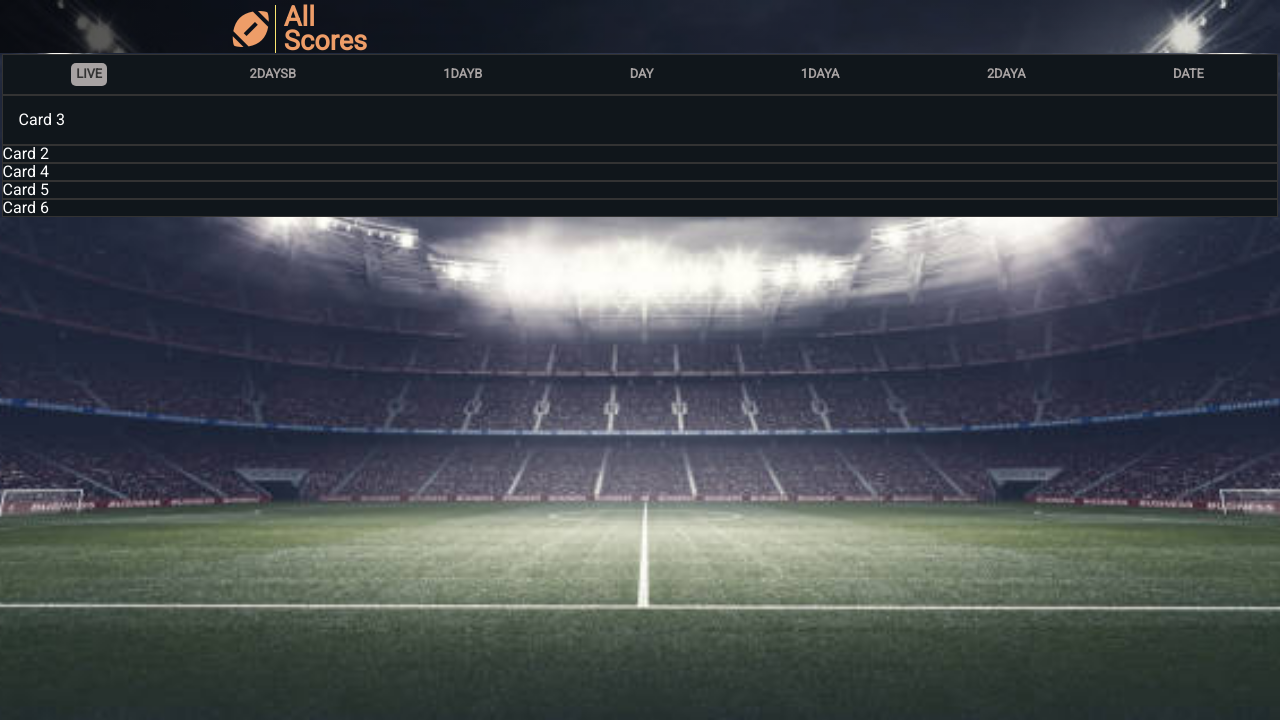
Repository: boomshakar/AllScores
Page: index.html
These files come from the project's save history. The page is drawn as it stood at one moment and after the next save; the edit follows.
The browser window is 1280 px wide. The pictures show the whole page.
The style sheet was rebuilt from its Sass, Less or Tailwind sources for each picture, by a compiler version that may differ from the author's.

Above is the page before, as saved 2021-03-30 02:59:55.

### index.html
<!DOCTYPE html>
<html lang="en">
  <head>
    <meta charset="UTF-8" />
    <meta http-equiv="X-UA-Compatible" content="IE=edge" />
    <meta name="viewport" content="width=device-width, initial-scale=1.0" />
    <title>All Scores</title>
    <link rel="stylesheet" href="css/main.css" />
    <link
      rel="stylesheet"
      href="https://fonts.googleapis.com/icon?family=Material+Icons"
    />
  </head>
  <body>
    <header>
      <a href="index.html" class="head-name__logo">
        <span class="material-icons md-48">sports_football</span>
        <h1>All<br />Scores</h1>
      </a>
      <ul class="head-name">
        <a href="index.html"
          ><li class="head-name__mob active">
            <span class="material-icons md-36">sports_soccer</span>
            <h3>Soccer</h3>
          </li></a
        >
        <a href="#"
          ><li class="head-name__mob">
            <span class="material-icons md-36">sports_basketball</span>
            <h3>Basket</h3>
          </li></a
        >
        <a href="#"
          ><li class="head-name__mob">
            <span class="material-icons md-36">golf_course</span>
            <h3>Golf</h3>
          </li></a
        >
        <a href="#"
          ><li class="head-name__mob">
            <span class="material-icons md-36">sports_tennis</span>
            <h3>Tennis</h3>
          </li></a
        >
      </ul>
      <div class="menu-btn">
        <span class="menu-btn__burger"></span>
      </div>
      <nav class="nav">
        <ul class="menu-nav">
          <div class="menu-nav__time">
            Lorem ipsum, dolor sit amet consectetur adipisicing elit. Qui
            quidem, dignissimos asperiores totam nesciunt laborum at consectetur
            nam temporibus ea.
          </div>
          <li class="menu-nav__item active">
            <a href="index.html" class="menu-nav__link">Soccer</a>
          </li>
          <li class="menu-nav__item">
            <a href="#" class="menu-nav__link">Basketball</a>
          </li>
          <li class="menu-nav__item">
            <a href="#" class="menu-nav__link">Tennis</a>
          </li>
          <li class="menu-nav__item">
            <a href="#" class="menu-nav__link">Hockey</a>
          </li>
          <li class="menu-nav__item">
            <a href="#" class="menu-nav__link">Golf</a>
          </li>
          <li class="menu-nav__item">
            <a href="#" class="menu-nav__link">Basketball</a>
          </li>
          <li class="menu-nav__item">
            <a href="#" class="menu-nav__link">Tennis</a>
          </li>
          <li class="menu-nav__item">
            <a href="#" class="menu-nav__link">Hockey</a>
          </li>
          <li class="menu-nav__item">
            <a href="#" class="menu-nav__link">Golf</a>
          </li>
          <li class="menu-nav__item">
            <a href="#" class="menu-nav__link">Basketball</a>
          </li>
          <li class="menu-nav__item">
            <a href="#" class="menu-nav__link">Tennis</a>
          </li>
          <li class="menu-nav__item">
            <a href="#" class="menu-nav__link">Hockey</a>
          </li>
          <li class="menu-nav__item">
            <a href="#" class="menu-nav__link">Golf</a>
          </li>
          <div class="menu-nav__foot">
            Lorem ipsum dolor sit amet consectetur adipisicing elit. Quisquam
            quod neque provident ex cumque adipisci, iusto, tempora quibusdam
            maxime, magni autem perferendis? Quibusdam, tenetur. Laudantium,
            velit reiciendis deleniti perferendis nesciunt vitae dolores itaque
            aut voluptas dolor veritatis. Optio ducimus consectetur nisi sequi,
            nesciunt id quis mollitia, laborum voluptates necessitatibus modi.
          </div>
        </ul>
      </nav>
    </header>
    <div class="grid-contain">
      <span class="card">
        <div class="date-select">
          <a href="#" class="date-select__link active"
            ><div class="date-select__match live-logo">
              <strong>live</strong>
            </div></a
          >
          <a href="#" class="date-select__link"
            ><div class="date-select__match">2daysB</div></a
          >
          <a href="#" class="date-select__link"
            ><div class="date-select__match">1dayB</div></a
          >
          <a href="#" class="date-select__link"
            ><div class="date-select__match">Day</div></a
          >
          <a href="#" class="date-select__link"
            ><div class="date-select__match">1dayA</div></a
          >
          <a href="#" class="date-select__link"
            ><div class="date-select__match">2dayA</div></a
          >
          <a href="#" class="date-select__link"
            ><div class="date-select__match">Date</div></a
          >
        </div>
      </span>
      <div class="card">Card 2</div>
      <div class="card">Card 3</div>
      <div class="card">Card 4</div>
      <div class="card">Card 5</div>
      <div class="card">Card 6</div>
    </div>
  </body>
  <script src="main.js"></script>
</html>

### main.js
const menuBtn = document.querySelector(".menu-btn");
const menuBurger = document.querySelector(".menu-btn__burger");
const nav = document.querySelector(".nav");
const headName = document.querySelector(".head-name");
const menuNav = document.querySelector(".menu-nav");
const menuNavList = document.querySelectorAll(".menu-nav__item");

let menuOpen = false;

menuBtn.addEventListener("click", toggleMenu);

function toggleMenu() {
  if (!menuOpen) {
    menuBurger.classList.add("open");
    nav.classList.add("open");
    headName.classList.add("open");
    menuNav.classList.add("open");
    menuNavList.forEach((item) => item.classList.add("open"));

    menuOpen = true;
  } else {
    menuBurger.classList.remove("open");
    nav.classList.remove("open");
    headName.classList.remove("open");
    menuNav.classList.remove("open");
    menuNavList.forEach((item) => item.classList.remove("open"));

    menuOpen = false;
  }
}

### scss/main.scss
@import "config";
@import "menu";
@import "home";
@import "responsive";

body {
  position: relative;
  background: $primary-color;
  color: $text-color;
  height: 100vh;
  font-family: "Roboto", "Segoe UI", Tahoma, Verdana, sans-serif;
  line-height: 1;
  background: url(../img/stadium3.jpg);
  background-size: cover;
  background-repeat: no-repeat;
  background-position: center;
  background-attachment: fixed;
}

header {
  display: flex;
  z-index: 2;
  background: linear-gradient(to right, rgba(#000, 0.7), rgba(#000, 0.1)),
    url(../img/head.jpg);
  background-size: cover;
  background-repeat: no-repeat;
  position: fixed;
  width: 100vw;
  padding-top: 0.3rem;

  a {
    color: $secondary-color;
  }
}

### scss/_config.scss
$primary-color: #24303a;
$secondary-color: #ee9d68;
$text-color: #fae56f;
$text-color2: rgb(167, 162, 162);

* {
  box-sizing: border-box;
  margin: 0;
  padding: 0;
  outline: 0;
  list-style: none;
}
a {
  text-decoration: none;
}

@import url("https://fonts.googleapis.com/css2?family=Roboto&display=swap");

@mixin transition-mix {
  transition: all 0.5s ease-in-out;
}

@mixin media-xxsm {
  @media screen and (max-width: 313px) {
    @content;
    ul.head-name {
      visibility: hidden;
    }
  }
}

@mixin media-xsm {
  @media screen and (min-width: 314px) and (max-width: 359px) {
    @content;
  }
}

@mixin media-sm {
  @media screen and (min-width: 360px) and (max-width: 399px) {
    @content;
  }
}

@mixin media-smd {
  @media screen and (min-width: 400px) {
    @content;
  }
}

@mixin media-md {
  @media screen and (min-width: 500px) {
    @content;
  }
}

@mixin media-lg {
  @media screen and (min-width: 700px) {
    @content;
  }
}

@mixin media-xl {
  @media screen and (min-width: 1000px) {
    @content;
  }
}

### scss/_menu.scss
.menu-btn {
  position: fixed;
  z-index: 1;
  width: 28px;
  height: 20px;
  top: 0.8rem;
  right: 0.7rem;
  background: transparent;
  cursor: pointer;
  @include transition-mix;
  &__burger {
    position: absolute;
    width: 20px;
    height: 3px;
    right: 0.5rem;
    top: 0.5rem;
    background: pink;
    border-radius: 5px;
    @include transition-mix;

    &::before {
      content: "";
      position: absolute;
      width: 28px;
      height: 3px;
      top: -8px;
      background: $text-color;
      border-radius: 5px;
      @include transition-mix;
    }

    &::after {
      content: "";
      position: absolute;
      width: 28px;
      height: 3px;
      top: 8px;
      background: $text-color;
      border-radius: 5px;
      @include transition-mix;
    }

    &.open {
      transform: rotate(720deg);
      background: transparent;

      &::before {
        transform: rotate(45deg) translate(5px, 8px);
        background: $secondary-color;
      }
      &::after {
        transform: rotate(-45deg) translate(3px, -7px);
        background: $secondary-color;
      }
    }
  }
}
nav {
  position: fixed;
  top: 0;
  left: 0;
  width: 100vw;
  visibility: hidden;
  &.open {
    visibility: visible;
  }
}

.menu-nav {
  display: grid;
  grid-template-columns: 1fr;
  grid-template-rows: 1fr;
  width: 100vw;
  height: 100vh;
  top: 50px;
  left: 0;
  right: 0;
  bottom: 0;
  overflow-y: scroll;
  overflow-x: hidden;
  background: $primary-color;
  opacity: 0.97;
  transform: translateY(-100%);
  @include transition-mix;

  &.open {
    transform: translateY(0);
  }
  &__time {
    padding: 1.5rem 1.5rem 1rem 1.5rem;
    line-height: 1.2;
    font-size: 12px;
  }

  &__item {
    transform: translateX(100vw);
    border-bottom: 1px solid rgb(102, 96, 96);
    @include transition-mix;
    &:nth-of-type(1) {
      border-top: 1px solid rgb(102, 96, 96);
    }
    &.open {
      transform: translateX(0);
    }
    &.active > a {
      color: $secondary-color;
    }
  }

  &__link {
    display: grid;
    font-size: 1.1rem;
    padding: 0.7rem 0;
    font-weight: 600;
    text-transform: uppercase;
    text-align: center;
    color: rgb(167, 162, 162);
    @include transition-mix;

    &:hover {
      color: $secondary-color;
    }
  }

  &__foot {
    padding: 2rem 1.5rem 200px 1.5rem;
    font-size: 12px;
  }
}

@for $f from 1 through 14 {
  .menu-nav__item:nth-child(#{$f}) {
    transition-delay: ($f * 0.1s) + 0.05s;
  }
}

### scss/_home.scss
.grid-contain {
  padding: 3.4rem 0.1rem 1.5rem 0.1rem;
  display: grid;
  grid-template-columns: 1fr;

  .card {
    background: darken($primary-color, 10%);
    border: 1px solid #333;
    color: #fff;

    &:nth-child(1) {
      //date selector
      grid-column: 1 / 1;
      grid-row: 1/ 2;
      .date-select {
        display: flex;
        flex-direction: row;
        justify-content: space-around;
        &__link {
          color: $text-color2;
          padding: 0.5rem 0.8rem;
          text-transform: uppercase;
          &:nth-child(1) > .live-logo {
            color: #333;
            background: $text-color2;
            border-radius: 5px;
          }
        }
        &__match {
          font-size: 0.8rem;
          font-weight: 600;
          padding: 5px;
        }
      }
    }

    &:nth-child(2) {
      //left side
      grid-column: 1;
      grid-row: 3 / 4;
    }

    &:nth-child(3) {
      //main menu
      grid-column: 1;
      grid-row: 2 / 3;
      padding: 1rem;
    }

    &:nth-child(4) {
      //right side
      grid-column: 1;
      grid-row: 4 / 5;
    }

    &:nth-child(5) {
      //stciky ad below
      grid-column: 1;
      grid-row: 5 / 6;
    }

    &:nth-child(6) {
      //footer
      grid-column: 1;
      grid-row: 6 / 7;
    }
  }
}

### scss/_responsive.scss
@include media-xxsm {
  header {
    height: 2.8rem;
    justify-content: space-between;
    .head-name__logo {
      display: flex;
      flex-direction: row;
      cursor: pointer;
      &:hover > .material-icons {
        color: $text-color;
      }

      .material-icons {
        font-size: 2.5rem;
        align-items: center;
        cursor: pointer;
        @include transition-mix;
      }
      h1 {
        font-weight: 800;
        border-left: 1px solid $text-color;
        line-height: 1.3rem;
        padding: 0 0.5rem;
        font-size: 1.1rem;
        cursor: pointer;
      }
    }
  }
}

@include media-xsm {
  header {
    justify-content: space-between;
    .head-name__logo {
      display: flex;
      flex-direction: row;
      cursor: pointer;
      height: 2.5rem;
      &:hover > .material-icons {
        color: $text-color;
      }

      .material-icons {
        font-size: 2.5rem;
        align-items: center;
        cursor: pointer;
        @include transition-mix;
      }
      h1 {
        font-weight: 800;
        border-left: 1px solid $text-color;
        line-height: 1.3rem;
        padding: 0 0.5rem;
        font-size: 1.1rem;
        cursor: pointer;
      }
    }
    ul.head-name {
      display: flex;
      flex-direction: row;
      margin-right: 2rem;
      &.open {
        visibility: hidden;
      }

      .head-name__mob {
        border-left: 1px solid $text-color2;
        padding: 0 0.2rem;
        text-align: center;
        width: 3rem;
        @include transition-mix;
        &.active {
          background: linear-gradient(
            to right,
            rgba(#fff, 0.3),
            rgba(#fff, 0.1)
          );
          color: $text-color;
          border-radius: 5px;
          border-left: 1px solid $text-color;
        }
        &:hover > .material-icons {
          color: $text-color;
        }
      }
      .material-icons {
        font-size: 1.3rem;
        cursor: pointer;
        @include transition-mix;
      }
      h3 {
        font-size: 0.7rem;
      }
    }
    .menu-btn {
      right: -0.3rem;
    }
  }
}

@include media-sm {
  header {
    justify-content: space-between;
    .head-name__logo {
      display: flex;
      flex-direction: row;
      cursor: pointer;
      height: 2.5rem;
      &:hover > .material-icons {
        color: $text-color;
      }

      .material-icons {
        font-size: 2.5rem;
        align-items: center;
        cursor: pointer;
        @include transition-mix;
      }
      h1 {
        font-weight: 800;
        border-left: 1px solid $text-color;
        line-height: 1.3rem;
        padding: 0 0.5rem;
        font-size: 1.1rem;
        cursor: pointer;
      }
    }
    ul.head-name {
      display: flex;
      flex-direction: row;
      margin-right: 2rem;
      &.open {
        visibility: hidden;
      }

      .head-name__mob {
        border-left: 1px solid $text-color2;
        padding: 0 0.5rem;
        text-align: center;
        width: 3.3rem;
        &.active {
          background: linear-gradient(
            to right,
            rgba(#fff, 0.3),
            rgba(#fff, 0.1)
          );
          color: $text-color;
          border-radius: 5px;
          border-left: 1px solid $text-color;
        }
        &:hover > .material-icons {
          color: $text-color;
        }
      }
      .material-icons {
        font-size: 1.3rem;
        cursor: pointer;
        @include transition-mix;
      }
      h3 {
        font-size: 0.8rem;
      }
    }
    .menu-btn {
      right: 0.3rem;
    }
  }
}

@include media-smd {
  header {
    justify-content: space-between;
    .head-name__logo {
      display: flex;
      flex-direction: row;
      cursor: pointer;
      &:hover > .material-icons {
        color: $text-color;
      }

      .material-icons {
        font-size: 3rem;
        align-items: center;
        cursor: pointer;
        @include transition-mix;
      }
      h1 {
        font-weight: 800;
        border-left: 1px solid $text-color;
        line-height: 1.5rem;
        padding: 0 0.5rem;
        font-size: 1.4rem;
        cursor: pointer;
      }
    }
    ul.head-name {
      display: flex;
      flex-direction: row;
      margin-right: 2rem;
      &.open {
        visibility: hidden;
      }

      .head-name__mob {
        border-left: 1px solid $text-color2;
        padding: 0 0.3rem;
        text-align: center;
        width: 3.4rem;
        @include transition-mix;
        &.active {
          background: linear-gradient(
            to right,
            rgba(#fff, 0.3),
            rgba(#fff, 0.1)
          );
          color: $text-color;
          border-radius: 5px;
          border-left: 1px solid $text-color;
        }
        &:hover > .material-icons {
          color: $text-color;
        }
      }
      .material-icons {
        font-size: 1.7rem;
        cursor: pointer;
        @include transition-mix;
      }
      h3 {
        font-size: 0.8rem;
      }
    }
    .menu-btn {
      top: 1.2rem;
      right: 0.4rem;
    }
  }
}

@include media-md {
  header {
    justify-content: space-between;
    .head-name__logo {
      display: flex;
      flex-direction: row;
      cursor: pointer;
      &:hover > .material-icons {
        color: $text-color;
      }

      .material-icons {
        font-size: 3rem;
        align-items: center;
        cursor: pointer;
        @include transition-mix;
      }
      h1 {
        font-weight: 800;
        border-left: 1px solid $text-color;
        line-height: 1.5rem;
        padding: 0 0.5rem;
        font-size: 1.7rem;
        cursor: pointer;
      }
    }
    ul.head-name {
      display: flex;
      flex-direction: row;
      margin-right: 5rem;
      &.open {
        visibility: hidden;
      }

      .head-name__mob {
        border-left: 1px solid $text-color2;
        padding: 0 0.5rem;
        text-align: center;
        width: 3.8rem;
        @include transition-mix;
        &.active {
          background: linear-gradient(
            to right,
            rgba(#fff, 0.3),
            rgba(#fff, 0.1)
          );
          color: $text-color;
          border-radius: 5px;
          border-left: 1px solid $text-color;
        }
        &:hover > .material-icons {
          color: $text-color;
        }
      }
      .material-icons {
        font-size: 1.7rem;
        cursor: pointer;
        @include transition-mix;
      }
      h3 {
        font-size: 0.8rem;
      }
    }
  }
}

@include media-lg {
  header {
    justify-content: space-evenly;
    .head-name__logo {
      display: flex;
      flex-direction: row;
      cursor: pointer;
      margin-right: 8rem;
      &:hover > .material-icons {
        color: $text-color;
      }

      .material-icons {
        font-size: 3rem;
        align-items: center;
        cursor: pointer;
        @include transition-mix;
      }
      h1 {
        font-weight: 800;
        border-left: 1px solid $text-color;
        line-height: 1.5rem;
        padding: 0 0.5rem;
        font-size: 1.7rem;
        cursor: pointer;
      }
    }
    ul.head-name {
      display: flex;
      flex-direction: row;
      &.open {
        visibility: hidden;
      }

      .head-name__mob {
        border-left: 1px solid $text-color2;
        padding: 0 0.3rem;
        text-align: center;
        width: 3.8rem;
        &.active {
          background: linear-gradient(
            to right,
            rgba(#fff, 0.3),
            rgba(#fff, 0.1)
          );
          color: $text-color;
          border-radius: 5px;
          border-left: 1px solid $text-color;
        }
        &:hover > .material-icons {
          color: $text-color;
        }
      }
      .material-icons {
        font-size: 1.7rem;
        cursor: pointer;
        @include transition-mix;
      }
      h3 {
        font-size: 0.8rem;
      }
    }
    .menu-btn {
      visibility: hidden;
    }
  }
}

@include media-xl {
  header {
    justify-content: space-evenly;
    .head-name__logo {
      display: flex;
      flex-direction: row;
      cursor: pointer;
      margin-right: 8rem;
      &:hover > .material-icons {
        color: $text-color;
      }

      .material-icons {
        font-size: 3rem;
        align-items: center;
        cursor: pointer;
        @include transition-mix;
      }
      h1 {
        font-weight: 800;
        border-left: 1px solid $text-color;
        line-height: 1.5rem;
        padding: 0 0.5rem;
        font-size: 1.7rem;
        cursor: pointer;
      }
    }
    ul.head-name {
      display: flex;
      flex-direction: row;
      &.open {
        visibility: hidden;
      }

      .head-name__mob {
        border-left: 1px solid $text-color2;
        padding: 0 0.3rem;
        text-align: center;
        width: 3.8rem;
        &.active {
          background: linear-gradient(
            to right,
            rgba(#fff, 0.3),
            rgba(#fff, 0.1)
          );
          color: $text-color;
          border-radius: 5px;
          border-left: 1px solid $text-color;
        }
        &:hover > .material-icons {
          color: $text-color;
        }
      }
      .material-icons {
        font-size: 1.7rem;
        cursor: pointer;
        @include transition-mix;
      }
      h3 {
        font-size: 0.8rem;
      }
    }
  }
}

After the next save:
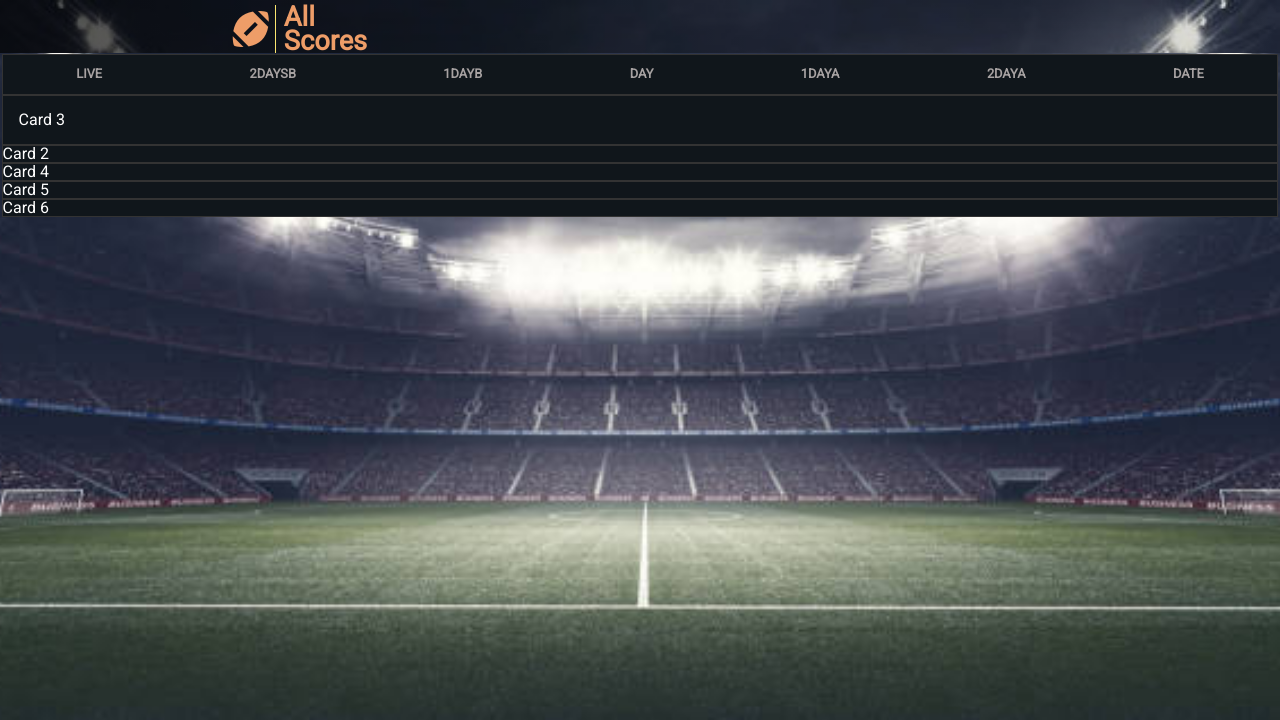
Saved 37 s later.
--- a/scss/_home.scss
+++ b/scss/_home.scss
@@ -20,16 +20,16 @@
           color: $text-color2;
           padding: 0.5rem 0.8rem;
           text-transform: uppercase;
+        }
+        &__match {
+          font-size: 0.8rem;
+          font-weight: 600;
+          padding: 5px;
           &:nth-child(1) > .live-logo {
             color: #333;
             background: $text-color2;
             border-radius: 5px;
           }
-        }
-        &__match {
-          font-size: 0.8rem;
-          font-weight: 600;
-          padding: 5px;
         }
       }
     }

After the save that followed:
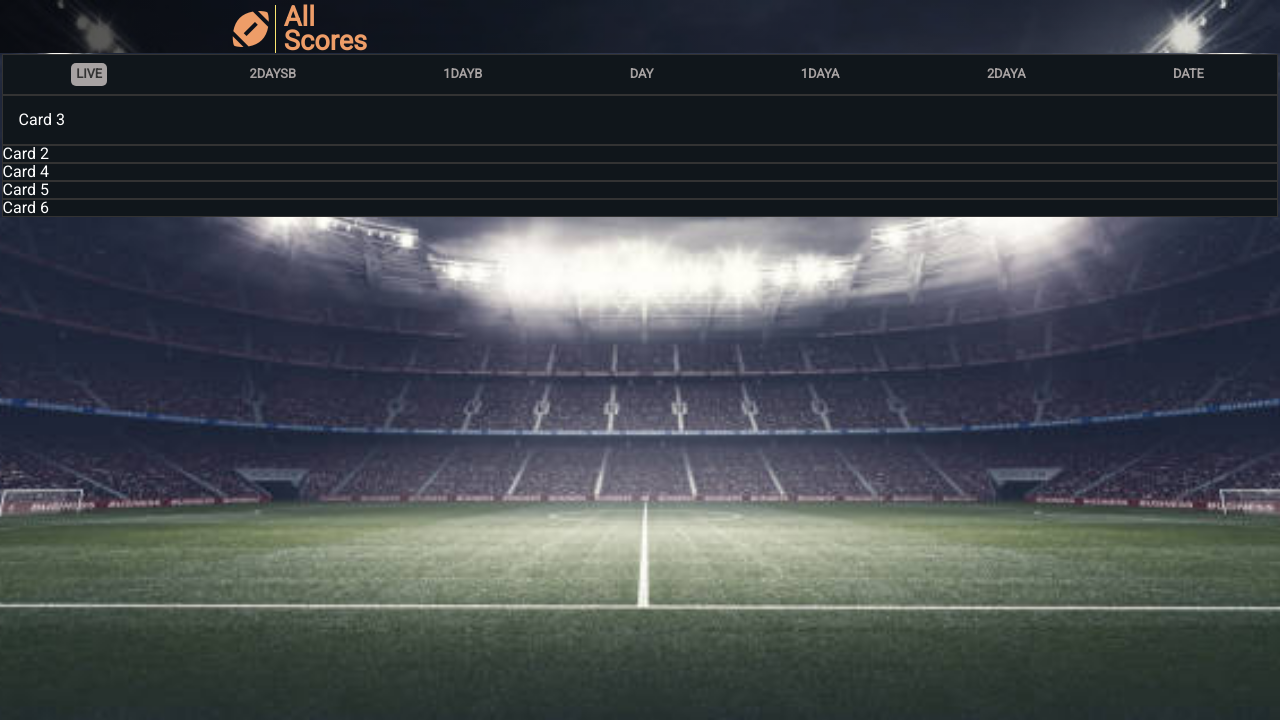
Saved 5 s later.
--- a/scss/_home.scss
+++ b/scss/_home.scss
@@ -20,16 +20,16 @@
           color: $text-color2;
           padding: 0.5rem 0.8rem;
           text-transform: uppercase;
+          &:nth-child(1) > .live-logo {
+            color: #333;
+            background: $text-color2;
+            border-radius: 5px;
+          }
         }
         &__match {
           font-size: 0.8rem;
           font-weight: 600;
           padding: 5px;
-          &:nth-child(1) > .live-logo {
-            color: #333;
-            background: $text-color2;
-            border-radius: 5px;
-          }
         }
       }
     }
